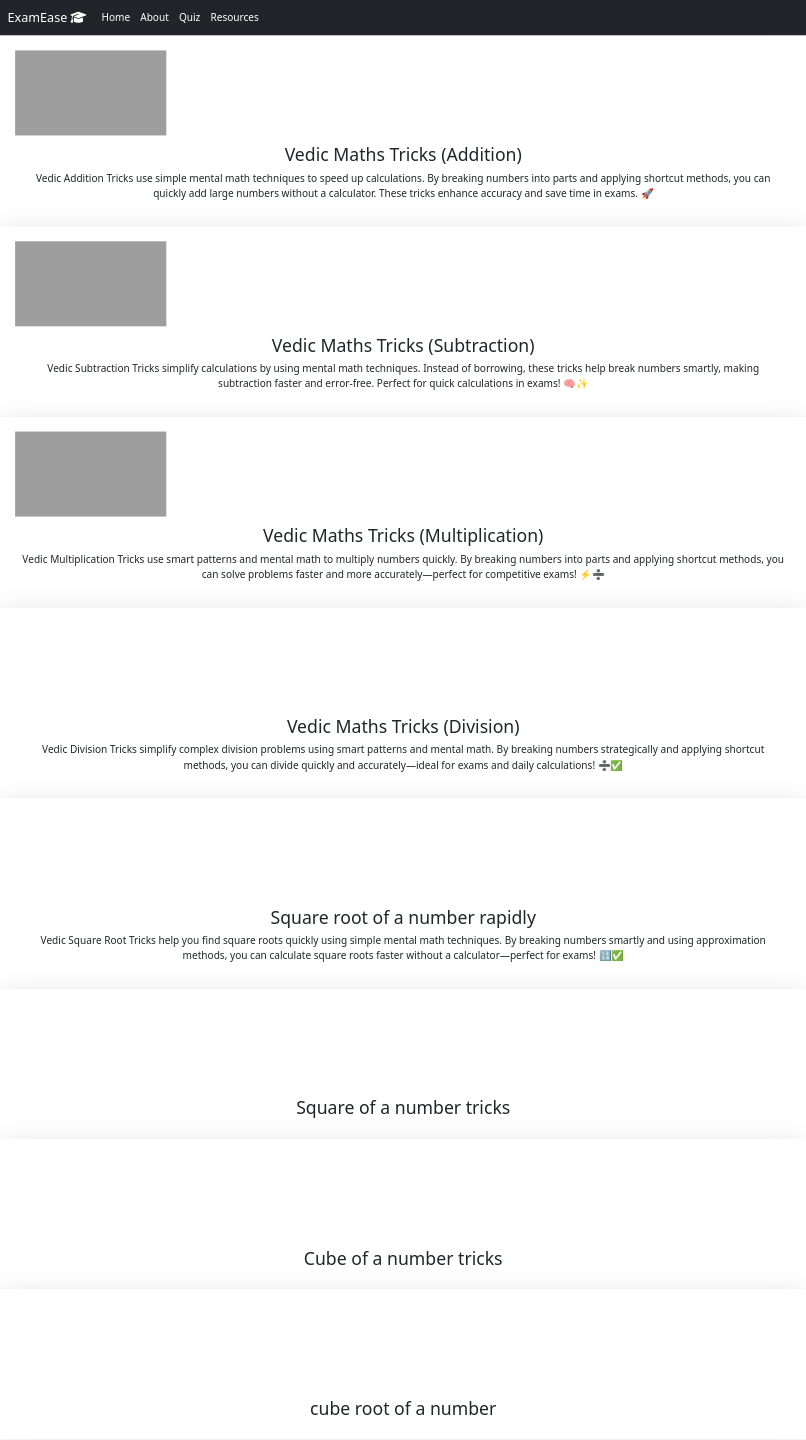
Repository: rahul-chakradhari/devquest
Page: /res (app in project/)
These files come from the project's save history. The page is drawn as it stood at one moment and after the next save; the edit follows.
The browser window is 1280 px wide. The pictures show the whole page, at 63% of full size.
Pictures or frames that could not be fetched are drawn as grey boxes. The project was rebuilt for these pictures with package versions that can differ from the ones it lists, and the page was loaded fresh each time. Also part of the build but not shown: project/vite.config.js, project/src/App.css, project/src/components/Home.jsx, project/src/components/About.jsx, project/src/components/ProgressBar.jsx, project/src/components/PerformanceAnalysis.jsx, project/src/components/Quiz.jsx, project/src/index.css.

Above is the page before, as saved 2025-02-24 15:01:43.

### project/index.html
<!DOCTYPE html>
<html lang="en">
  <head>
    <meta charset="UTF-8" />
    <link rel="icon" type="image/svg+xml" href="/vite.svg" />
    <meta name="viewport" content="width=device-width, initial-scale=1.0" />
    <title>ExamEase - Interactive Quiz & Assessment System</title>
    <link
      href="https://cdn.jsdelivr.net/npm/bootstrap@5.3.3/dist/css/bootstrap.min.css"
      rel="stylesheet"
      integrity="sha384-QWTKZyjpPEjISv5WaRU9OFeRpok6YctnYmDr5pNlyT2bRjXh0JMhjY6hW+ALEwIH"
      crossorigin="anonymous"
    />
    <link rel="stylesheet" href="https://cdnjs.cloudflare.com/ajax/libs/font-awesome/6.5.1/css/all.min.css">

  </head>
  <body>
    <div id="root"></div>
    <script type="module" src="/src/main.jsx"></script>
    <script
      src="https://cdn.jsdelivr.net/npm/bootstrap@5.3.3/dist/js/bootstrap.bundle.min.js"
      integrity="sha384-YvpcrYf0tY3lHB60NNkmXc5s9fDVZLESaAA55NDzOxhy9GkcIdslK1eN7N6jIeHz"
      crossorigin="anonymous"
    ></script>
  </body>
</html>

### project/src/App.jsx
import { useState } from "react";
import "./App.css";
import React from "react";
import { BrowserRouter as Router, Routes, Route } from "react-router-dom";
import Navbar from "./components/Navbar";
import Home from "./components/Home";
import About from "./components/About";
import Quiz from "./components/Quiz";
import ProgressBar from "./components/ProgressBar";
import PerformanceAnalysis from "./components/PerformanceAnalysis";
import Resources from "./components/Resources";

function App() {
  const [count, setCount] = useState(0);
  const [questionStats, setQuestionStats] = useState({});
  return (
    <>
      <Router>
        <Navbar />
        <Routes>
          <Route path="/about" element={<About />} />
          <Route path="/" element={<Home />} />
          <Route path="/quiz" element={<Quiz />} />
          <Route path="/bar" element={<ProgressBar />} />
          <Route
            path="/performance-analysis"
            element={
              <PerformanceAnalysis questionStats={questionStats || {}} />
            }
          />
          <Route path="/res" element={<Resources />} />
        </Routes>
      </Router>
    </>
  );
}

export default App;

### project/src/components/Navbar.jsx
import React from "react";
import { Link } from "react-router-dom";

const Navbar = () => {
  return (
    <nav className="navbar navbar-expand-lg navbar-dark bg-dark">
      <div className="container-fluid">
        <Link className="navbar-brand" to="/">
          ExamEase <i className="fa-solid fa-graduation-cap"></i>
        </Link>
        <button
          className="navbar-toggler"
          type="button"
          data-bs-toggle="collapse"
          data-bs-target="#navbarSupportedContent"
          aria-controls="navbarSupportedContent"
          aria-expanded="false"
          aria-label="Toggle navigation"
        >
          <span className="navbar-toggler-icon"></span>
        </button>
        <div className="collapse navbar-collapse" id="navbarSupportedContent">
          <ul className="navbar-nav me-auto mb-2 mb-lg-0">
            <li className="nav-item">
              <Link className="nav-link active" to="/">
                Home
              </Link>
            </li>
            <li className="nav-item">
              <Link className="nav-link active" to="/about">
                About
              </Link>
            </li>
            <li className="nav-item">
              <Link className="nav-link active" to="/quiz">
                Quiz
              </Link>
            </li>
            <li className="nav-item">
              <Link className="nav-link active" to="/res">
                Resources
              </Link>
            </li>
          </ul>
        </div>
      </div>
    </nav>
  );
};

export default Navbar;

### project/src/components/Resources.jsx
import React from "react";

const resources = [
  {
    title: "Vedic Maths Tricks (Addition)",
    description:
      "Vedic Addition Tricks use simple mental math techniques to speed up calculations. By breaking numbers into parts and applying shortcut methods, you can quickly add large numbers without a calculator. These tricks enhance accuracy and save time in exams. 🚀",
    video: "https://www.youtube.com/embed/Z4J9kf9Z0h0",
  },
  {
    title: "Vedic Maths Tricks (Subtraction)",
    description:
      "Vedic Subtraction Tricks simplify calculations by using mental math techniques. Instead of borrowing, these tricks help break numbers smartly, making subtraction faster and error-free. Perfect for quick calculations in exams! 🧠✨",
    video: "https://www.youtube.com/embed/5XG7WETxBeM",
  },
  {
    title: "Vedic Maths Tricks (Multiplication)",
    description:
      "Vedic Multiplication Tricks use smart patterns and mental math to multiply numbers quickly. By breaking numbers into parts and applying shortcut methods, you can solve problems faster and more accurately—perfect for competitive exams! ⚡➗",
    video: "https://www.youtube.com/embed/Nl-AG8g5WG8",
  },
  {
    title: "Vedic Maths Tricks (Division)",
    description:
      "Vedic Division Tricks simplify complex division problems using smart patterns and mental math. By breaking numbers strategically and applying shortcut methods, you can divide quickly and accurately—ideal for exams and daily calculations! ➗✅",
    video: "https://www.youtube.com/embed/-9S5wVAms64",
  },
  {
    title: "Square root of a number rapidly",
    description:
      "Vedic Square Root Tricks help you find square roots quickly using simple mental math techniques. By breaking numbers smartly and using approximation methods, you can calculate square roots faster without a calculator—perfect for exams! 🔢✅",
    video: "https://www.youtube.com/embed/b2GltE6XB-s",
  },
  {
    title: "Square of a number tricks  ",
    video: "https://www.youtube.com/embed/WldtPett0U4",
  },
  {
    title: "Cube of a number tricks",
    video: "https://www.youtube.com/embed/86j_10sMh1o",
  },
  {
    title: "cube root of a number ",
    video: "https://www.youtube.com/embed/e4fxH6I_iHA",
  },
  ,
];

const Resources = () => {
  return (
    <div className="grid grid-cols-1 sm:grid-cols-2 md:grid-cols-3 gap-6">
      {resources.map((item, index) => (
        <div
          key={index}
          className="bg-white p-4 w-80 rounded-lg shadow-lg flex flex-col items-center"
        >
          <iframe
            width="240"
            height="135"
            src={item.video}
            title={item.title}
            frameBorder="0"
            allowFullScreen
            className="rounded-lg block"
          />
          <h3 className="text-lg font-semibold mt-2 text-center">
            {item.title}
          </h3>

          {item.description && (
            <p className="text-sm text-gray-600 mt-2 text-center px-2">
              {item.description}
            </p>
          )}
        </div>
      ))}
    </div>
  );
};

export default Resources;

Loaded but not shown: project/src/main.jsx (common file)

After the next save:
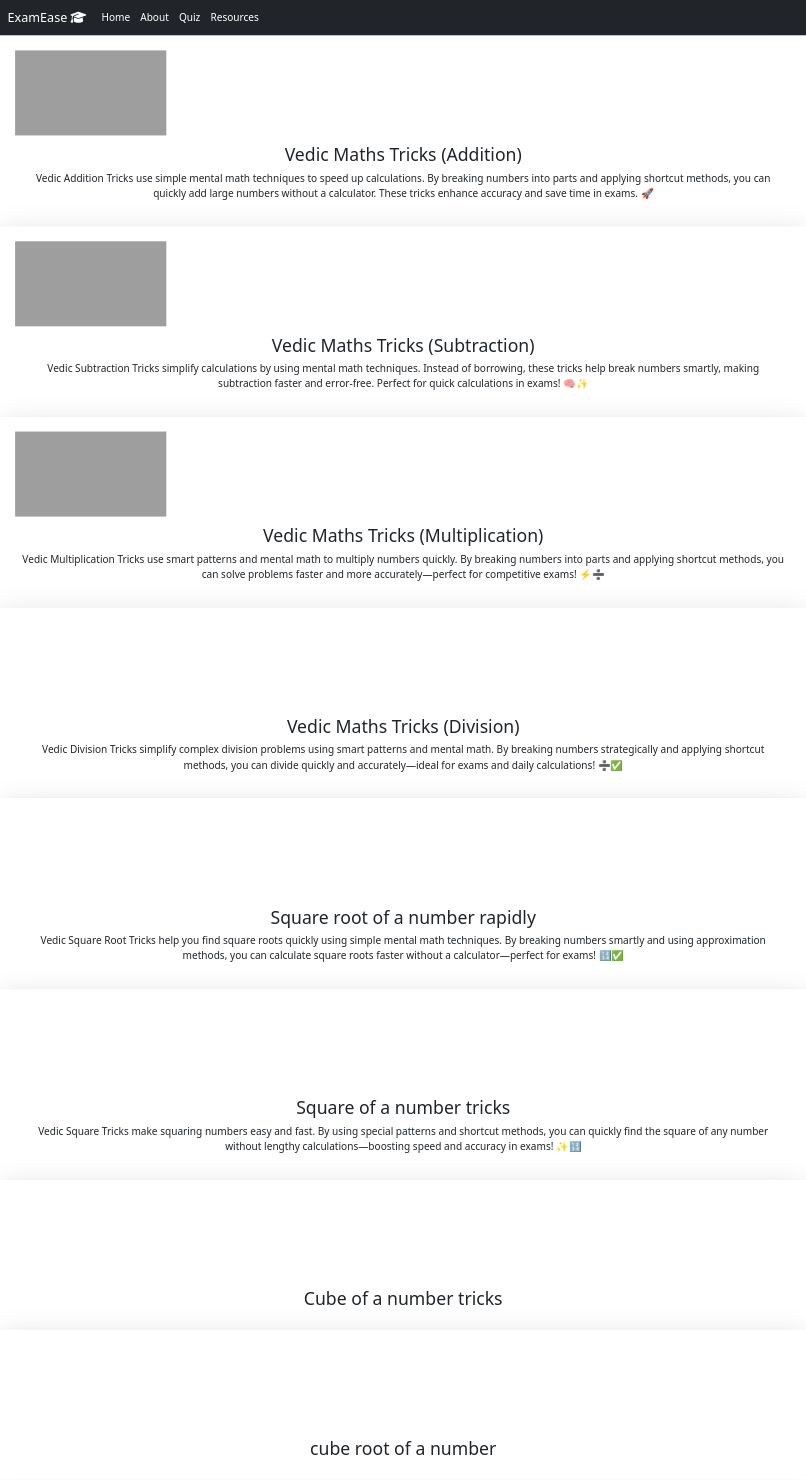
Saved 29 s later.
--- a/project/src/components/Resources.jsx
+++ b/project/src/components/Resources.jsx
@@ -33,6 +33,8 @@ const resources = [
   },
   {
     title: "Square of a number tricks  ",
+    description:
+      "Vedic Square Tricks make squaring numbers easy and fast. By using special patterns and shortcut methods, you can quickly find the square of any number without lengthy calculations—boosting speed and accuracy in exams! ✨🔢",
     video: "https://www.youtube.com/embed/WldtPett0U4",
   },
   {
